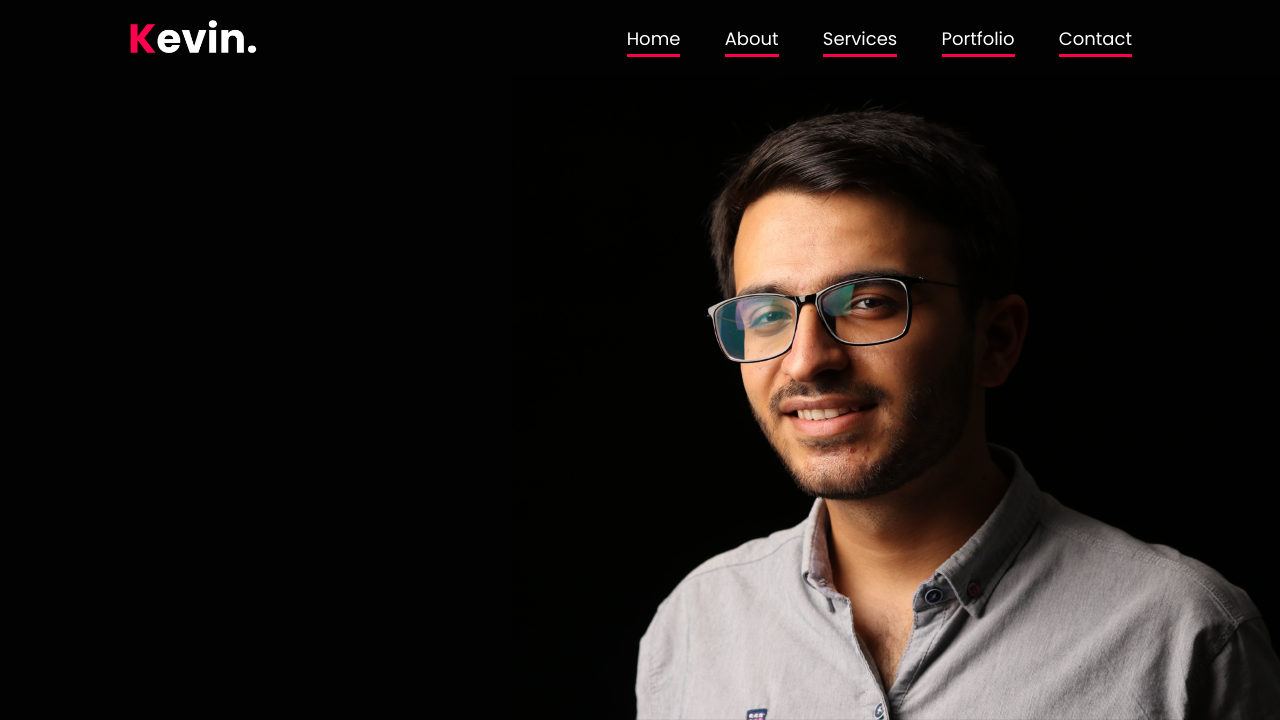
Repository: bryanbraide/Profile-card
Page: index.html
The author's editor kept a copy of each file at every save. The page is drawn from the files as they stood at one save, then again after the next save.
The browser window is 1280 px wide. The pictures show the whole page.

Above is the page before, as saved 2025-06-16 14:30:36.

After the next save:
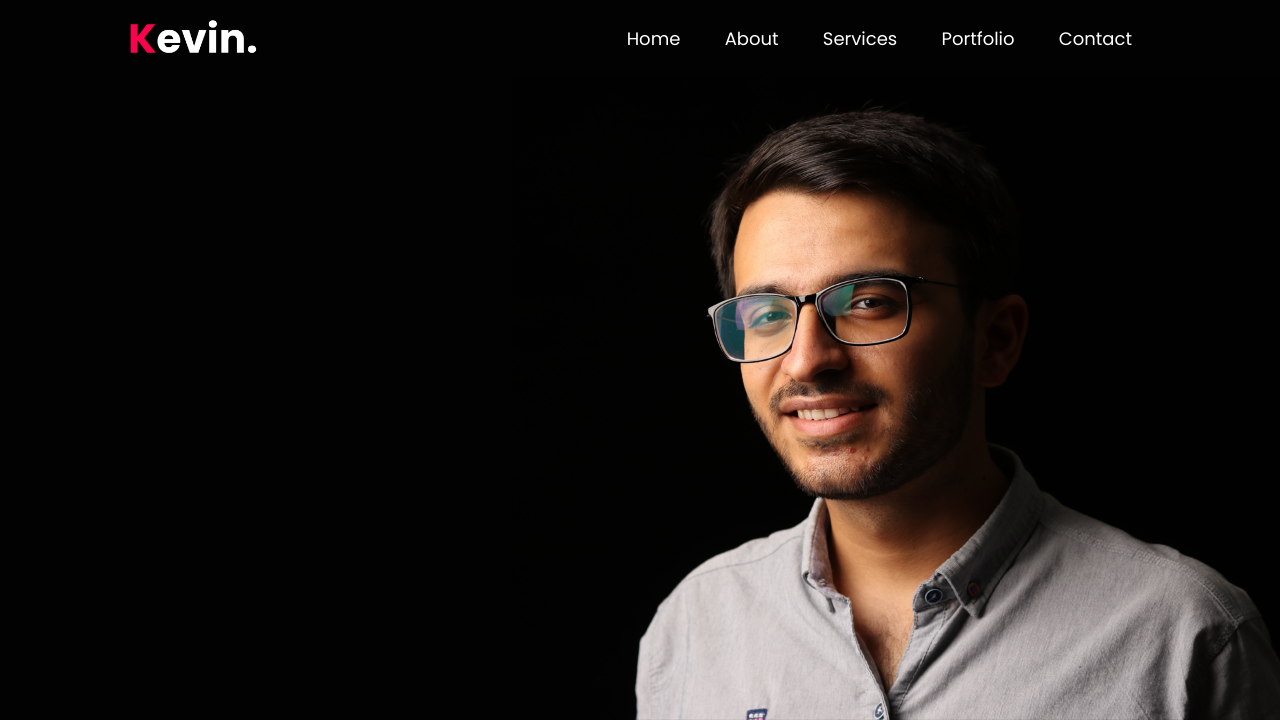
Saved 11 min 55 s later.
--- a/style.css
+++ b/style.css
@@ -44,7 +44,7 @@
 
 nav ul li a::after{
   content: '';
-  width: 100%;
+  width: 0%;
   height: 3px;
   background: #ff004f;
   position: absolute;

After the save that followed:
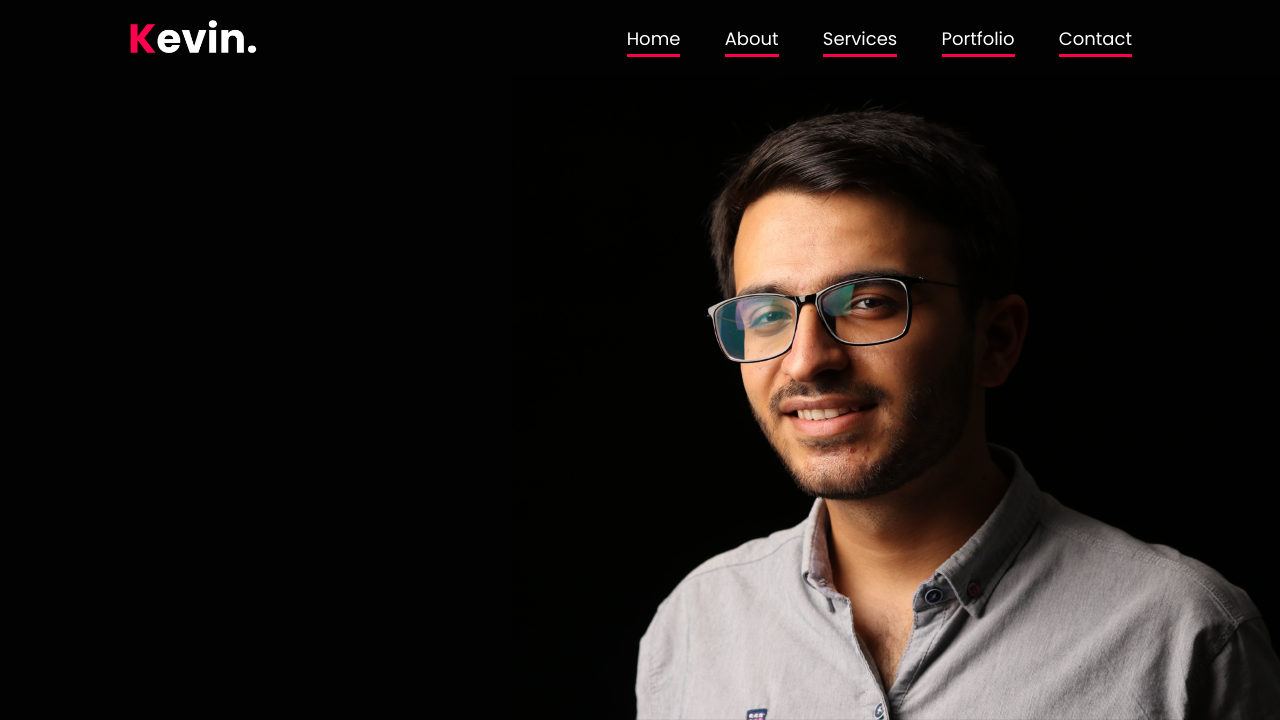
Saved 10 s later.
--- a/style.css
+++ b/style.css
@@ -44,7 +44,7 @@
 
 nav ul li a::after{
   content: '';
-  width: 0%;
+  width: 100%;
   height: 3px;
   background: #ff004f;
   position: absolute;
